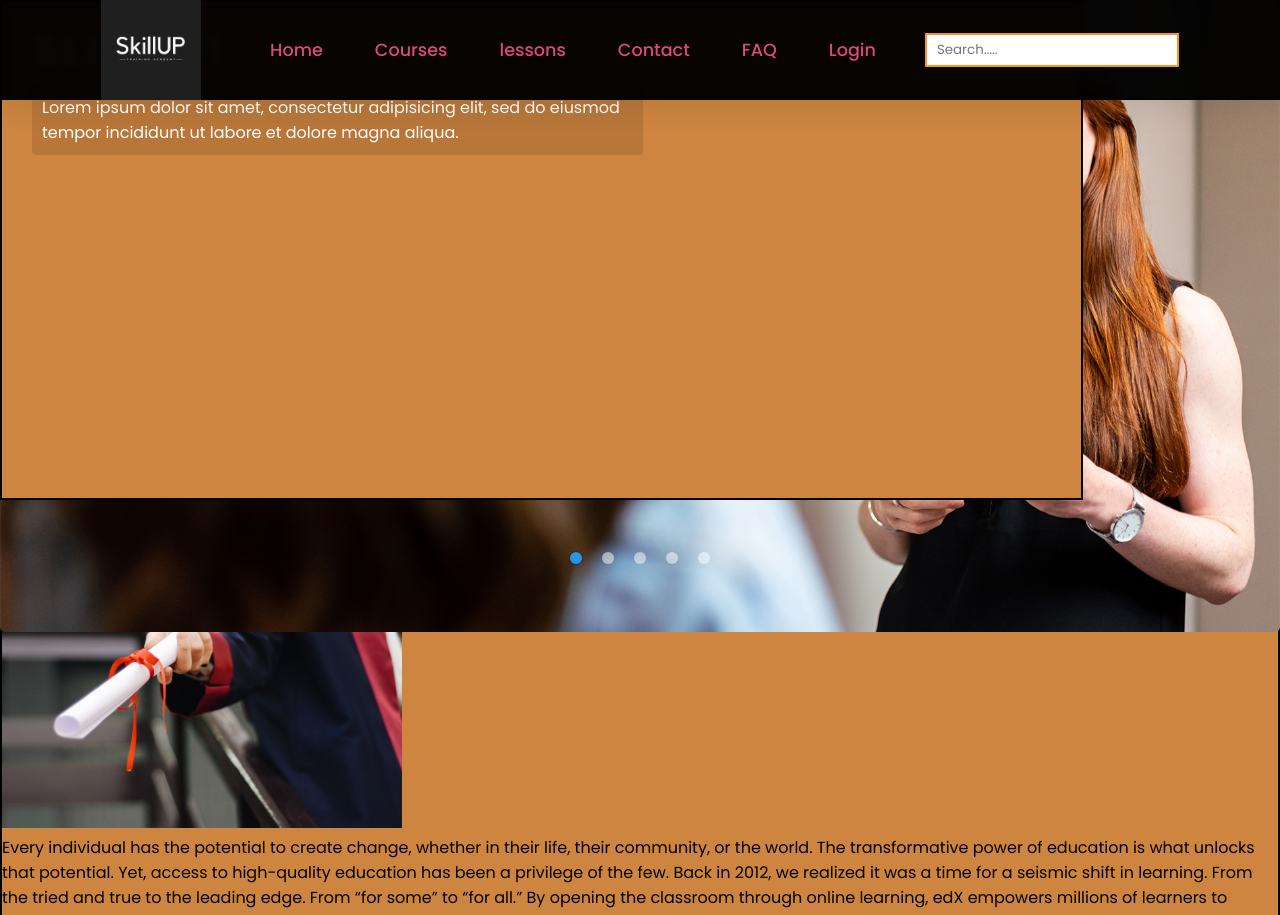
Repository: 2tzz/SkillUp-Academy
Page: home.html
These files come from the project's save history. The page is drawn as it stood at one moment and after the next save; the edit follows.
The browser window is 1280 px wide. The pictures show the part of the page from y = 0 to 915 px (the page is 1638 px tall before and 1495 px after).
A picture or video elsewhere on the page could not be fetched, so the positions and the page height are approximate. Some web fonts or font styles are not loaded; a fallback is used.

Above is the page before, as saved 2022-10-22 19:53:08.

After the next save:
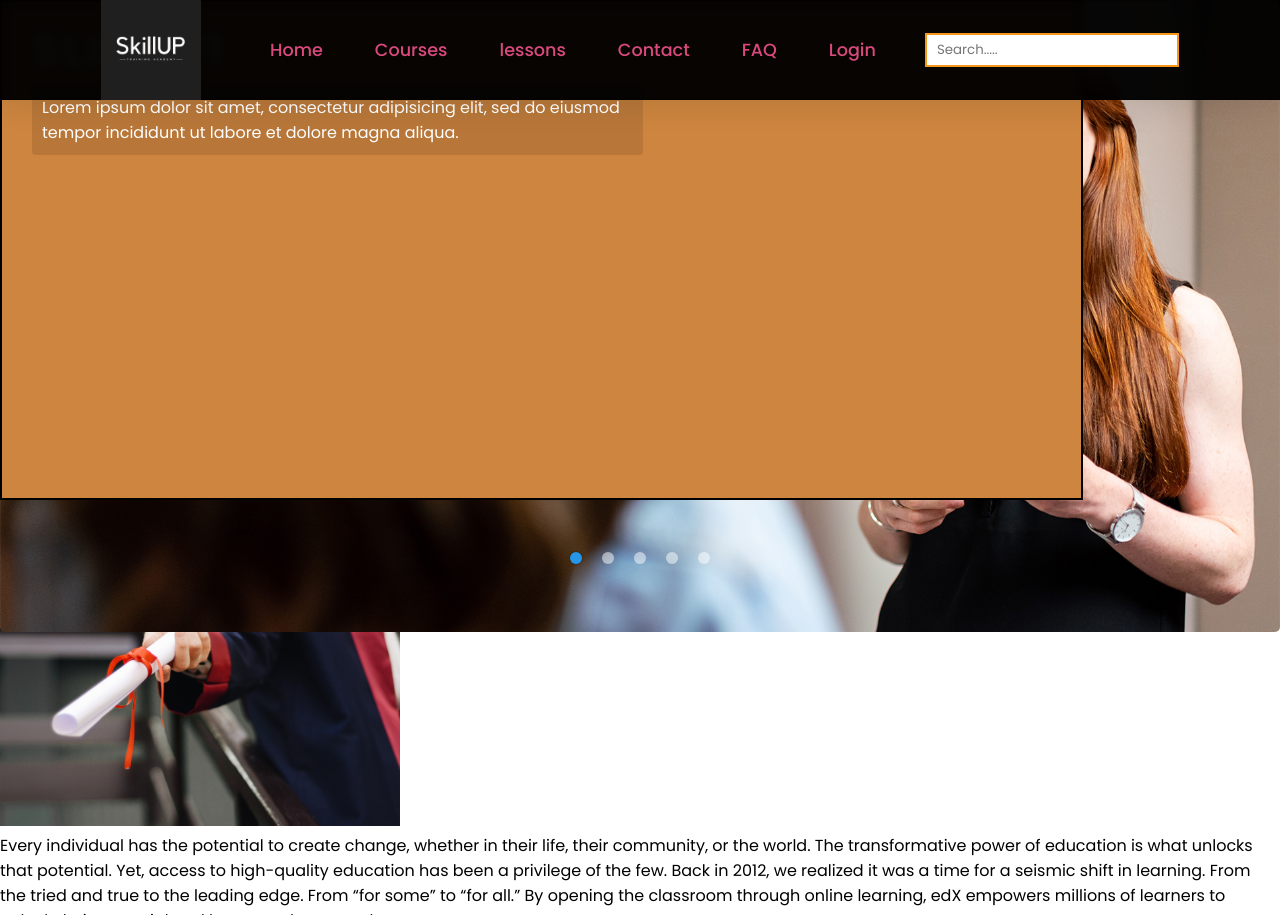
Saved 3 h 40 min later.
--- a/home.html
+++ b/home.html
@@ -76,8 +76,6 @@
           <div class="btn"></div>
         </div>
     </div>
-
-        <div class="info">
          <div class="info_row">
            <div class="info_col">
              <img src="Img/pexels-ekrulila-2292837.jpg" width="400px" height="250px">
@@ -91,7 +89,6 @@
               </p>
            </div>
          </div>
-        </div>
     <p class="para1">
         adjafafafafafafafafafafafafafafafafafafafjjjjjjjjjjjjjjjjjjjadjafafafafafafafafafafafafafafafafafafafjjjjjjjjjjjjjjjjjjj
         jjjjjjjjjjjjjjjjjjjjjjjjjjjjjjjjjjjjjjjjjjjjjjjjjjjjjjjjjjjjjadjafafafafafafafafafafafafafafafafafafafjjjjjjjjjjjjjjjjjjj
